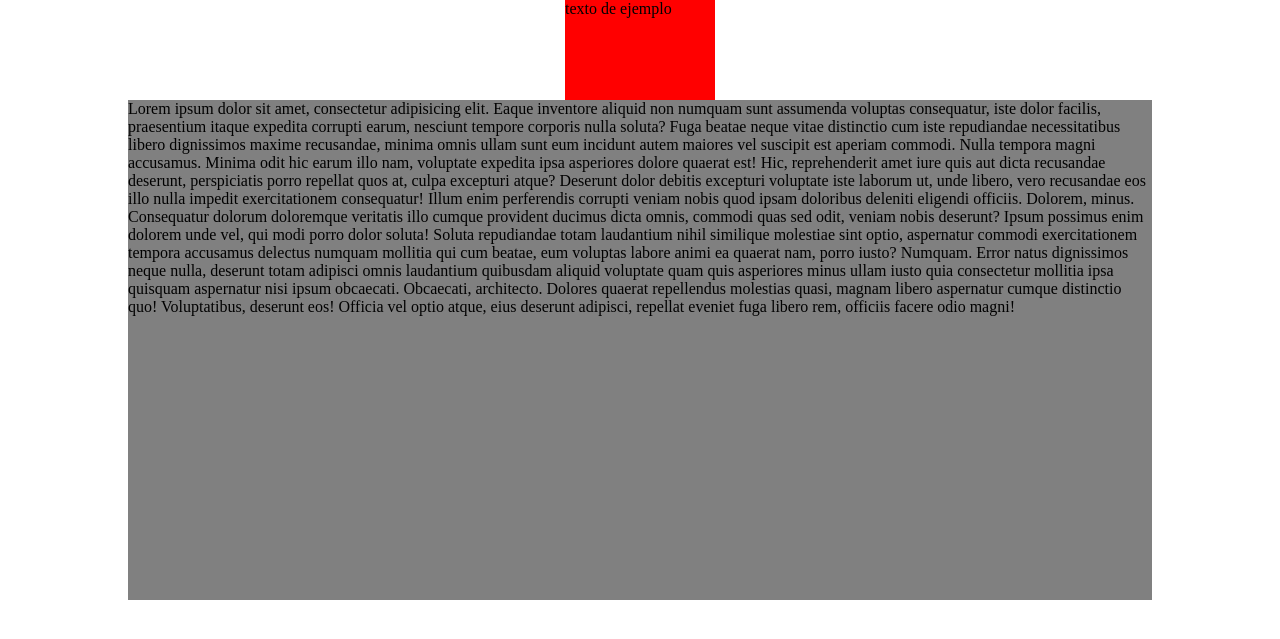
Repository: Daniel009980/daniel0099980
Page: desafio/index.html
An editor plug-in stored every save of this project. The page is shown before and after the next save, followed by the edit.
The browser window is 1280 px wide. The pictures show the whole page.

Above is the page before, as saved 2022-09-18 23:41:00.

After the next save:
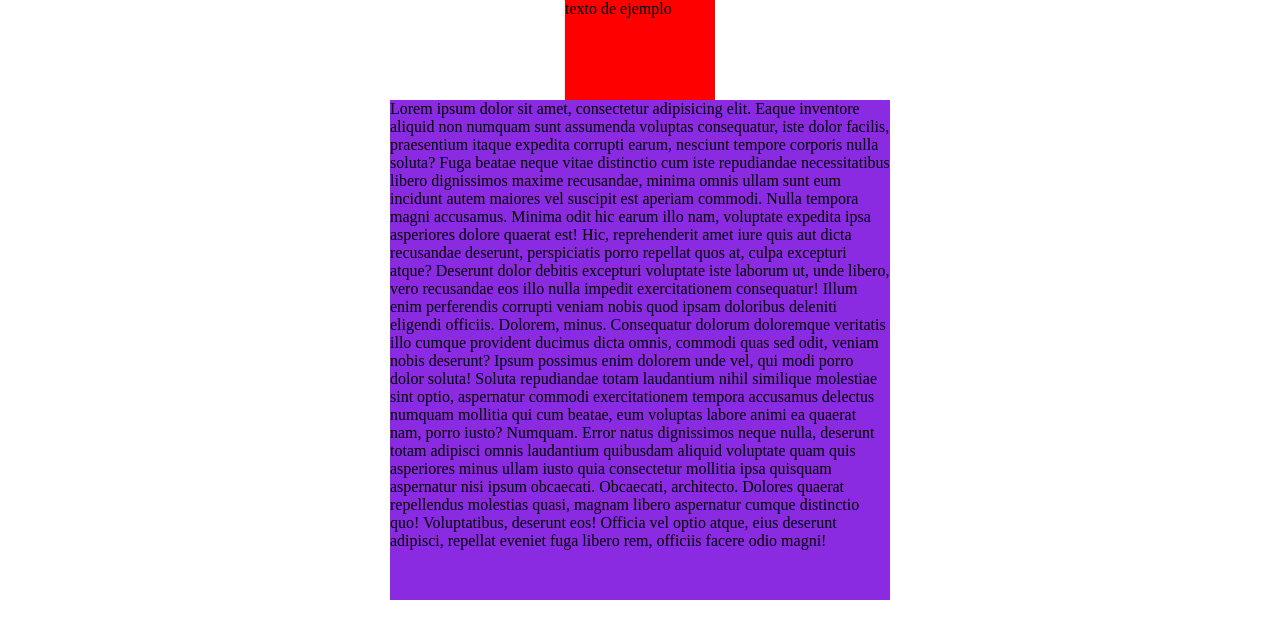
Saved 26 s later.
--- a/desafio/style.css
+++ b/desafio/style.css
@@ -13,9 +13,10 @@ div{
 }
 
 section{
-    background-color: grey;
     width: 80%;
-    height: 200px;
-    min-height: 500px;
-    margin: 0 auto;
+    min-width: 320px;
+    max-width: 500px;               /* esto es para delimitar el tamaño del ancho de la seccionq ue estamos mandando a llamar */
+    min-height: 500px;                  /* aqui le estamo diciendoa la seccion que su tamaño minimo sera de 500 pixeles pero si tiene mas contenido no deja de crecer hasta que el contenido termine de crecer y asi evitamos el overflow de contenido */
+    margin: 0 auto;                         /* aqui significa que le agregue 0 de arriba y abajo pero que de los lados lo ajuste automaticamente por eso queda cemtrado */
+    background-color: blueviolet;
 }
